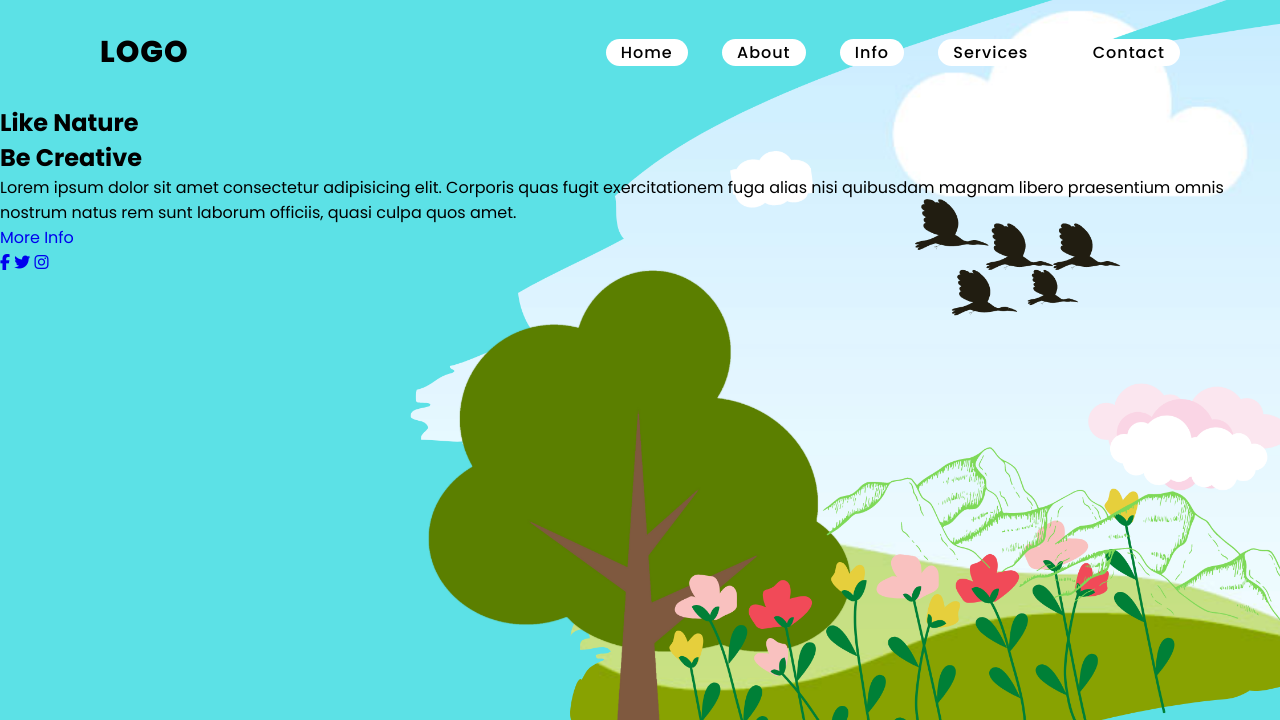
Repository: nganha241/CreativeNature
Page: index.html
An editor plug-in stored every save of this project. The page is shown before and after the next save, followed by the edit.
The browser window is 1280 px wide. The pictures show the whole page.
Some web libraries are served in a nearby version.

Above is the page before, as saved 2022-06-18 08:46:48.

### index.html
<!DOCTYPE html>
<html lang="en">
  <head>
    <meta charset="UTF-8" />
    <meta http-equiv="X-UA-Compatible" content="IE=edge" />
    <meta name="viewport" content="width=device-width, initial-scale=1.0" />
    <title>Creative Nature</title>
    <link rel="stylesheet" href="style.css" />
    <script
      src="https://kit.fontawesome.com/ae971d7ee0.js"
      crossorigin="anonymous"
    ></script>
  </head>
  <body>
    <section>
      <header>
        <h2><a href="#" class="logo">Logo</a></h2>
        <div class="navigation">
          <a href="#">Home</a>
          <a href="#">About</a>
          <a href="#">Info</a>
          <a href="#">Services</a>
          <a href="#">Contact</a>
        </div>
      </header>
      <div class="content">
        <div class="info">
          <h2>Like Nature <br /><span>Be Creative</span></h2>
          <p>
            Lorem ipsum dolor sit amet consectetur adipisicing elit. Corporis
            quas fugit exercitationem fuga alias nisi quibusdam magnam libero
            praesentium omnis nostrum natus rem sunt laborum officiis, quasi
            culpa quos amet.
          </p>
          <a href="#" class="info-btn">More Info</a>
        </div>
      </div>
      <div class="media-ions">
        <a href="#"><i class="fa fa-facebook"></i></a>
        <a href="#"><i class="fa fa-twitter"></i></a>
        <a href="#"><i class="fa fa-instagram" aria-hidden="true"></i></a>
      </div>
    </section>
  </body>
</html>

### style.css
@import url('https://fonts.googleapis.com/css2?family=Poppins:wght@300;400;500;600;700;800;900&display=swap');

* {
    box-sizing: border-box;
    padding: 0;
    margin: 0;
    font-family: 'Poppins', sans-serif;
}

a {
    text-decoration: none;
}

section {
    position: relative;
    width: 100%;
    min-height: 100vh;
    display: flex;
    flex-direction: column;
    justify-content: flex-start;
    background: url("./bg.png");
    background-size: cover;
    background-position: center;
}

header {
    position: relative;
    top: 0;
    width: 100%;
    padding: 30px 100px;
    display: flex;
    justify-content: space-between;
    align-items: center;
}

header .logo {
    position: relative;
    color: #000;
    font-size: 30px;
    text-transform: uppercase;
    font-weight: 800;
    letter-spacing: 1px;
}

header .navigation a{
    color: #000;
    background: #fff;
    font-weight: 500;
    letter-spacing: 1px;
    padding: 2px 15px;
    border-radius: 20px;
    transition: 0.3ms;
    transition-property: background;
}

header .navigation a:not(:last-child) {
    margin-right: 30px;
}

header .navigation a:hover {
    background: #fff;
}

After the next save:
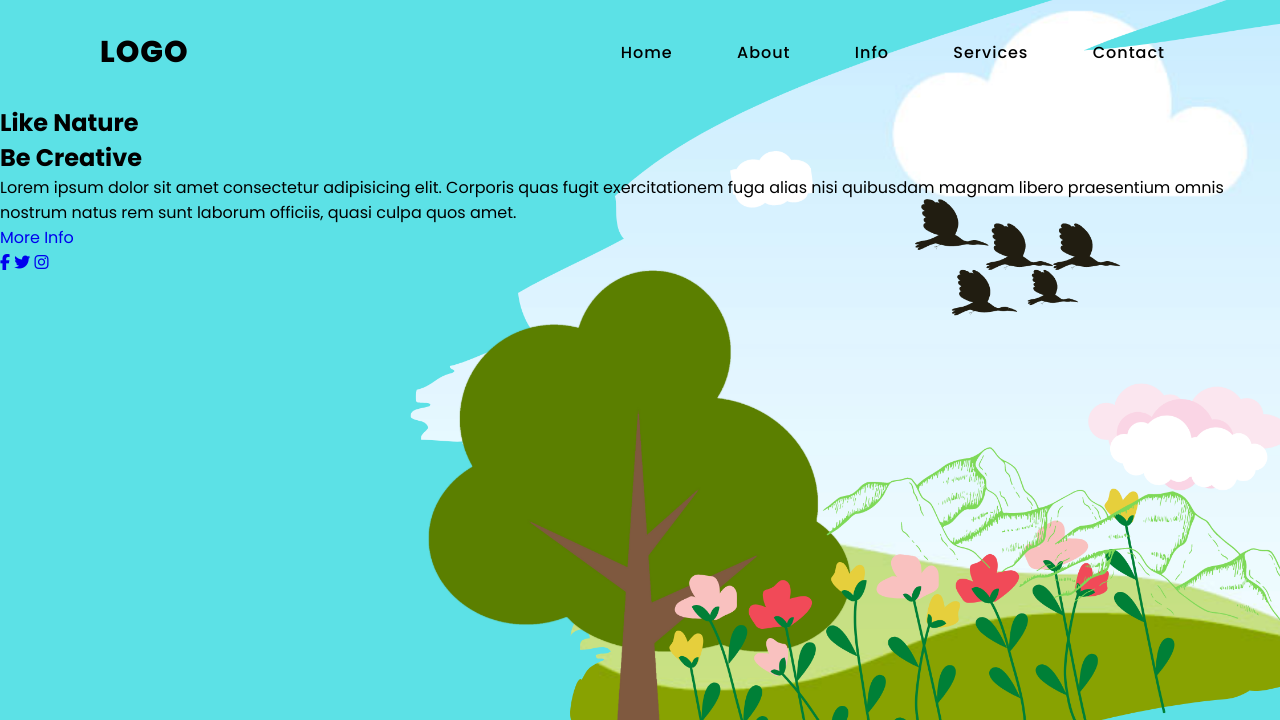
Saved 53 s later.
--- a/style.css
+++ b/style.css
@@ -44,7 +44,7 @@ header .logo {
 
 header .navigation a{
     color: #000;
-    background: #fff;
+    background: none;
     font-weight: 500;
     letter-spacing: 1px;
     padding: 2px 15px;
